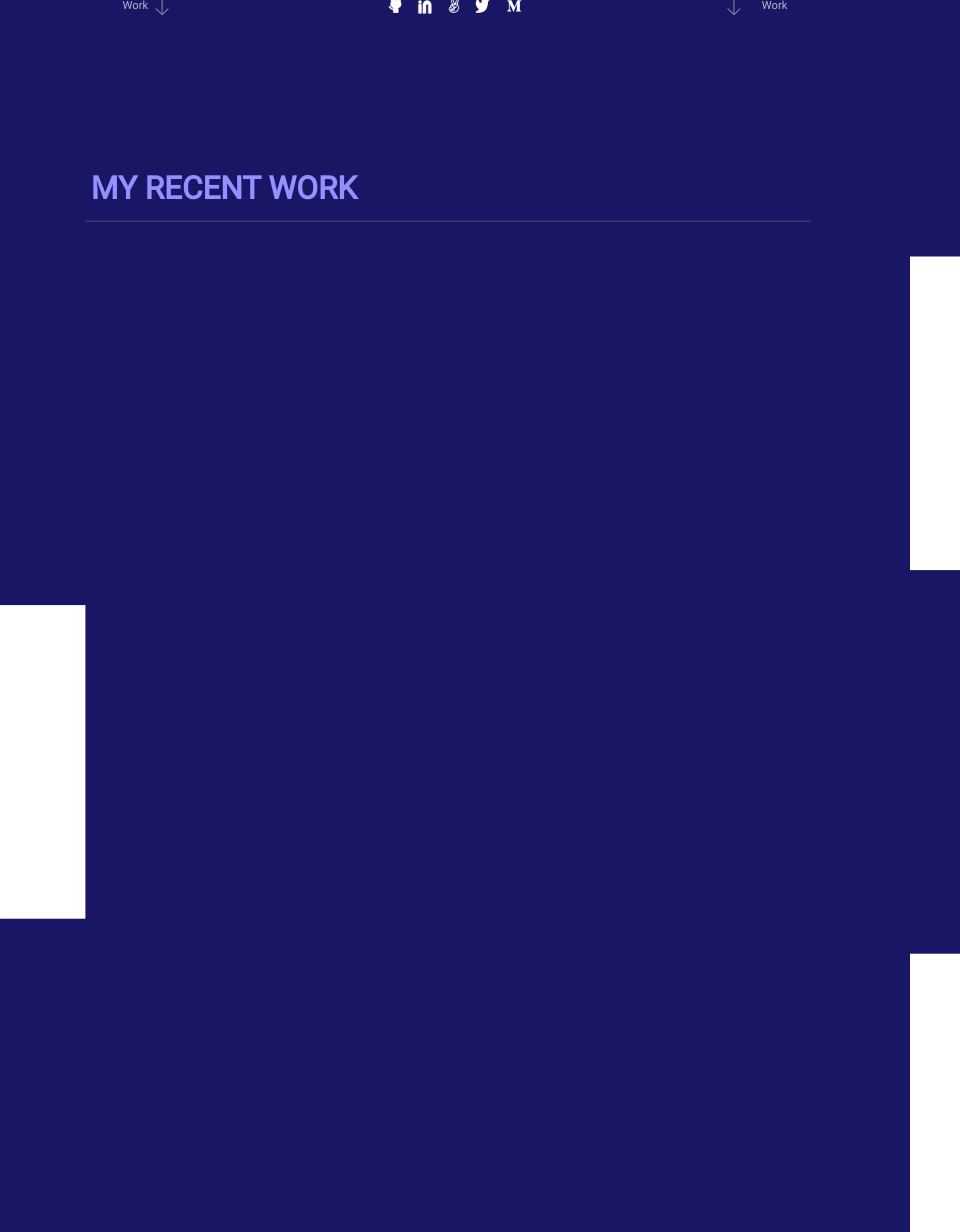
Repository: mustabbas/Portfolio
Page: index.html
These files come from the project's save history. The page is drawn as it stood at one moment and after the next save; the edit follows.
The browser window is 1280 px wide. The page is 1371 px wide, then 1280 px, so the pictures cover 1371 px, including what lies to the right of the window. The pictures show the part of the page from y = 848 to 2608 px (the page is 4830 px tall before and 4754 px after), at 70% of full size.

Above is the page before, as saved 2021-08-25 02:06:42.

### index.html
!DOCTYPE html>
<html lang="en">
  <head>
    <meta charset="UTF-8" />
    <meta name="viewport" content="width=device-width, initial-scale=1.0" />
    <meta http-equiv="X-UA-Compatible" content="ie=edge" />
    <link rel="stylesheet" href="style.css" />
    <title>Mustafa's Portfolio</title>
    <!-- Global site tag (gtag.js) - Google Analytics -->
    <script async src="https://www.googletagmanager.com/gtag/js?id=G-TS9HX0J7DB"></script>
    <script>
      window.dataLayer = window.dataLayer || [];
      function gtag() {
        dataLayer.push(arguments);
      }
      gtag("js", new Date());

      gtag("config", "G-TS9HX0J7DB");
    </script>
  </head>
  <body>
    <section class="container">
      <header class="header">
        <a href="#">Mustafa Abbas</a>
        <nav class="humberger">
          <img src="./assets/img/humberger.png" alt="hamburger" />
          <img src="./assets/img/humberger.png" alt="hamburger" />
          <img src="./assets/img/humberger.png" alt="hamburger" />
        </nav>
        <ul class="main-nav">
          <li><a href="#">Portoflio</a></li>
          <li><a href="#">About</a></li>
          <li><a href="#">Contact</a></li>
          <li>
            <a href="#"><img class="email-pic" src="./assets/img/Icon-Mail.png" alt="email" /></a>
          </li>
        </ul>
      </header>
      <div class="head-wraper">
        <div class="title-wraper">
          <h1>Mustafa Abbas</h1>
          <h2>Software Developer</h2>
        </div>
      </div>
      <div class="wrap-content">
        <div class="box"><p>I can help you build a product , feature or website Look through some of my work and experience! If you like what you see and have a project you need coded, don’t hestiate to contact me.</p></div>
        <div class="line"></div>
        <div class="skills">
          <ul>
            <li>Language</li>
            <li>Javascript</li>
            <li>Ruby</li>
            <li>Html</li>
            <li>Css</li>
          </ul>
          <ul>
            <li>Frameworks</li>
            <li>Ruby on Rails</li>
            <li>Bootstrap</li>
            <li>RSPec</li>
            <li>CapyBara</li>
          </ul>
          <ul>
            <li>Skills</li>
            <li>Codekit</li>
            <li>Github</li>
            <li>Codepen</li>
            <li>Gitlab</li>
          </ul>
        </div>
        <div class="line"></div>
      </div>
    </section>
    <div class="footer-nav ml justify-space">
      <div class="work-container work-reverse">
        <div class="arrow-container arrow-reverse">
          <img src="./assets/img/Vector-line-arrow.png" alt="Vector-line-arrow" />
          <img src="./assets/img/Vector-arrow.png" alt="Vector-arrow" />
        </div>
        <span>Work</span>
      </div>
      <div class="vector-container">
        <ul>
          <li><img src="./assets/img/Vector-github.png" alt="Vector-github" /></li>
          <li>
            <div class="linked-container">
              <div>
                <img src="./assets/img/Vector-dot-linkedin.png" alt="Vector-dot-linkedin" />
                <img src="./assets/img/Vector-line-linkedin.png" alt="Vector-line-linkedin" />
              </div>
              <img id="vector2" src="./assets/img/Vector-n-linkedin.png" alt="Vector-n-linkedin" />
            </div>
          </li>
          <li><img src="./assets/img/Vector.png" alt="Vecto-angellist" /></li>
          <li><img src="./assets/img/Vector-twitter.png" alt="Vector-twitter" /></li>
          <li><img src="./assets/img/Vector-M.png" alt="Vector-medium" /></li>
        </ul>
      </div>
      <div class="work-container">
        <div class="arrow-container">
          <img src="./assets/img/Vector-line-arrow.png" alt="Vector-line-arrow" />
          <img src="./assets/img/Vector-arrow.png" alt="Vector-arrow" />
        </div>
        <span>Work</span>
      </div>
    </div>

    <section class="recent-work">
      <h3>My recent work</h3>
      <div class="line"></div>
      <div class="card card-left">
        <img src="./assets/img/Placeholder.png" alt="recent-work" />
        <div class="card-body">
          <h4>Multi-Post Stories</h4>
          <p>A daily selection of privately personalized reads; no accounts or sign-ups required. has been the industry's standard dummy text ever since the 1500s, when an unknown printer took a standard dummy text.</p>
          <ul>
            <li>css</li>
            <li class="vertical-line"></li>
            <li>html</li>
            <li class="vertical-line"></li>
            <li>bootstrap</li>
            <li class="vertical-line"></li>
            <li>Ruby</li>
          </ul>
          <button type="button" class="button">See Project</button>
        </div>
      </div>
      <div class="card card-reverse">
        <img src="./assets/img/Placeholder.png" alt="recent-work" />
        <div class="card-body">
          <h4>Multi-Post Stories</h4>
          <p>A daily selection of privately personalized reads; no accounts or sign-ups required. has been the industry's standard dummy text ever since the 1500s, when an unknown printer took a standard dummy text.</p>
          <ul>
            <li>css</li>
            <li class="vertical-line"></li>
            <li>html</li>
            <li class="vertical-line"></li>
            <li>bootstrap</li>
            <li class="vertical-line"></li>
            <li>Ruby</li>
          </ul>
          <button type="button" class="button">See Project</button>
        </div>
      </div>
      <div class="card card-left">
        <img src="./assets/img/Placeholder.png" alt="recent-work" />
<<<<<<< HEAD
        <div class="card-body">
          <h4>Multi-Post Stories</h4>
          <p>A daily selection of privately personalized reads; no accounts or sign-ups required. has been the industry's standard dummy text ever since the 1500s, when an unknown printer took a standard dummy text.</p>
          <ul>
            <li>css</li>
            <li class="vertical-line"></li>
            <li>html</li>
            <li class="vertical-line"></li>
            <li>bootstrap</li>
            <li class="vertical-line"></li>
            <li>Ruby</li>
          </ul>
          <button type="button" class="button">See Project</button>
        </div>
      </div>
      <div class="card card-reverse">
        <img src="./assets/img/Placeholder.png" alt="recent-work" />
=======
>>>>>>> 632087dd622fc276d9805d4b4ea435697591e4b8
        <div class="card-body">
          <h4>Multi-Post Stories</h4>
          <p>A daily selection of privately personalized reads; no accounts or sign-ups required. has been the industry's standard dummy text ever since the 1500s, when an unknown printer took a standard dummy text.</p>
          <ul>
            <li>css</li>
            <li class="vertical-line"></li>
            <li>html</li>
            <li class="vertical-line"></li>
            <li>bootstrap</li>
            <li class="vertical-line"></li>
            <li>Ruby</li>
          </ul>
          <button type="button" class="button">See Project</button>
        </div>
      </div>
<<<<<<< HEAD
=======
      <div class="card card-reverse">
        <img src="./assets/img/Placeholder.png" alt="recent-work" />
        <div class="card-body">
          <h4>Multi-Post Stories</h4>
          <p>A daily selection of privately personalized reads; no accounts or sign-ups required. has been the industry's standard dummy text ever since the 1500s, when an unknown printer took a standard dummy text.</p>
          <ul>
            <li>css</li>
            <li class="vertical-line"></li>
            <li>html</li>
            <li class="vertical-line"></li>
            <li>bootstrap</li>
            <li class="vertical-line"></li>
            <li>Ruby</li>
          </ul>
          <button type="button" class="button">See Project</button>
        </div>
      </div>
>>>>>>> 632087dd622fc276d9805d4b4ea435697591e4b8
    </section>

    <div class="card-container">
      <div class="card">
        <div class="card-body center-text margin">
          <h3 class="h3-sm">CONTACT US</h3>
          <h3 class="h3-l">Let’s chat!</h3>
          <p id="contact-p">If you have an application you are interested in developing, a feature that you need built or a project that needs coding. I’d love to help with it</p>
          <form method="POST" action="https://formspree.io/f/xdoypzrq" id="aboutmeForm">
            <input type="text" name="name" placeholder="Text Input" maxlength="30" required />
            <input type="email" name="email" placeholder="jeremy@gmail.com" required />
<<<<<<< HEAD
        <h3 class="h3-sm">CONTACT US</h3>
        <h3 class="h3-l">Let’s chat!</h3>
        <p id="contact-p">If you have an application you are interested in developing, a feature that you need built or a project that needs coding. I’d love to help with it </p>
        <form method="POST" action="https://formspree.io/f/xdoypzrq" id="aboutmeForm">
            <input type="text" name="name" placeholder="Text Input" maxlength="30" required/>
            <input type="email" name="email" placeholder="jeremy@gmail.com" required/>
=======
>>>>>>> 632087dd622fc276d9805d4b4ea435697591e4b8
            <textarea name="description" rows="15" cols="48" placeholder="Enter text here" maxlength="500" required></textarea>
            <button type="submit" form="aboutmeForm" class="button btn">See Project</button>
          </form>
        </div>
        <footer class="footer-nav justify-center">
          <div class="vector-container">
            <ul>
              <li><img src="./assets/img/Vector-github.png" alt="Vector-github" /></li>
              <li>
                <div class="linked-container">
                  <div>
                    <img src="./assets/img/Vector-dot-linkedin.png" alt="Vector-dot-linkedin" />
                    <img src="./assets/img/Vector-line-linkedin.png" alt="Vector-line-linkedin" />
                  </div>
                  <img src="./assets/img/Vector-n-linkedin.png" alt="Vector-n-linkedin" />
                </div>
              </li>
              <li><img src="./assets/img/Vector.png" alt="Vector-angellist" /></li>
              <li><img src="./assets/img/Vector-twitter.png" alt="Vector-twitter" /></li>
              <li><img src="./assets/img/Vector-M.png" alt="Vector-medium" /></li>
            </ul>
          </div>
          <span>emailhere@email.com</span>
        </footer>
      </div>
    </div>
  </body>
</html>
<<<<<<< HEAD
    </div>
</body>
</html>
=======
>>>>>>> 632087dd622fc276d9805d4b4ea435697591e4b8

### style.css
@font-face {
  font-family: 'roboto';
  src: url(assets/font/Roboto/Roboto-Regular.ttf);
}

body {
  background-color: #191765;
  font-family: 'roboto', sans-serif;
}

ul {
  margin: 0;
  padding: 0;
  list-style: none;
}

h1 {
  color: #9390ff;
}

p,
h2,
td,
li,
a,
span {
  color: #b3bac5;
}

.container {
  display: flex;
  flex-direction: column;
  justify-content: center;
}

.header {
  display: flex;
  justify-content: space-around;
  align-items: center;
}

.header a {
  text-decoration: none;
}

.header h2 {
  font-size: 18px;
  line-height: 20px;
}

.main-nav {
  display: flex;
}

.main-nav a {
  display: block;
  padding: 1em;
  text-decoration: none;
  font-size: 15px;
  line-height: 20px;
}

.head-wraper {
  display: flex;
  justify-content: center;
  align-items: center;
  background-image: url("./assets/img/circle1header.svg");
  background-repeat: no-repeat;
}

.title-wraper {
  flex-direction: column;
  justify-content: center;
}

.box {
  min-width: 450px;
  margin: 50px;
}

.box p {
  font-size: 20px;
  font-weight: 300;
  text-align: center;
  color: #b3bac5;
  max-width: 450px;
}

.wrap-content {
  background-image: url("./assets/img/circle1header.svg");
  background-repeat: no-repeat;
}

.skills {
  display: flex;
  justify-content: space-between;
}

.skills ul {
  width: 40%;
  margin-top: 20px;
  margin-left: 40px;
}

.skills li {
  margin: 20px;
}

.skills ul li:first-child {
  color: #9390ff;
}

.email-pic {
  color: #b3bac5;
}

.footer-nav {
  display: flex;
  align-items: center;
  margin-top: 40px;
}

.work-container {
  display: flex;
  justify-content: space-around;
}

.work-reverse {
  flex-direction: row-reverse;
}

.arrow-reverse {
  margin-left: 10px;
}

.vector-container {
  width: 200px;
}

.vector-container ul {
  display: flex;
  justify-content: space-between;
  align-items: center;
}

.vector-container img {
  margin-left: 10px;
}

.arrow-container {
  display: flex;
  flex-direction: column;
  align-items: flex-start;
  margin-right: 10px;
}

.arrow-container img:first-child {
  margin-left: 9px;
}

.arrow-container img:last-child {
  margin-top: -8px;
}

.linked-container {
  display: flex;
}

.linked-container div {
  display: flex;
  flex-direction: column;
}

#vector2 {
  margin-left: auto;
}

.recent-work h3 {
  font-size: 45px;
  color: #9390ff;
  margin: 20px;
  text-transform: uppercase;
  margin-left: 150px;
}

.recent-work {
  margin-top: 200px;
  display: grid;
  grid-template-columns: auto;
  grid-template-rows: auto;
  justify-content: center;
}

.card {
  display: flex;
  margin-left: 142px;
  margin-top: 50px;
}

.card-container {
  display: grid;
  grid-template-columns: auto;
  grid-template-rows: auto;
  justify-content: center;
}

.card-container .card-body {
  width: auto;
}

.card-container .card {
  flex-direction: column;
}

.card-body h4 {
  font-size: 40px;
  color: #fff;
}

.card-body p {
  font-size: 20px;
  line-height: 28px;
  text-align: left;
  animation-name: card-p;
  animation-duration: 3s;
  animation-timing-function: linear;
  animation-direction: alternate;
}

@keyframes card-p {
  from {
    font-size: 10px;
    line-height: 10px;
  }

  to {
    font-size: 20px;
    line-height: 28px;
  }
}

.card-body ul {
  display: flex;
  justify-content: space-around;
  font-size: 15px;
  text-align: left;
}

.center-text {
  text-align: center;
}

#contact-p {
  font-size: 16px;
  line-height: 24px;
  text-align: center;
}

.vertical-line {
  height: 50px;
  border-right: 3px solid #646369;
}

.button {
  background-color: #7d73fc;
  width: 100px;
  height: 60px;
  color: #fff;
  font-size: 15px;
  margin-top: 20px;
}

.button:hover {
  box-shadow: 0 8px 16px rgba(125, 115, 252, 0.48);
}

.button:enabled {
  background-color: #7d73fc;
}

.button:focus {
  background-color: #5e42d7;
}

.button:disabled {
  background-color: #2a2b33;
}

input {
  width: 100%;
  height: 60px;
  padding: 12px 20px;
  margin: 8px 0;
  display: inline-block;
  border: 1px solid #ccc;
  border-radius: 4px;
  box-sizing: border-box;
  margin-bottom: 30px;
}

textarea {
  width: 100%;
}

textarea::placeholder {
  font-size: 20px;
  padding: 20px;
}

.btn {
  margin-top: 30px;
}

/* Desktop view */
@media (min-width: 600px) {
  .card {
    height: 448px;
  }

  .card-left {
    animation-name: leftcard;
    animation-duration: 3s;
    animation-timing-function: linear;
    animation-direction: alternate;
  }

  @keyframes leftcard {
    0% { margin-left: 100%; }
    25% { margin-left: 75%; }
    50% { margin-left: 50%; }
    75% { margin-left: 25%; }
    100% { margin-left: 142px; }
  }

  .card-body {
    margin-left: 24px;
    width: 40%;
  }

  .line {
    min-width: 450px;
    border-bottom: 1px solid #646369;
    margin-left: 142px;
    margin-right: 142px;
  }

  .card-reverse {
    flex-direction: row-reverse;
    animation-name: reversecard;
    animation-duration: 3s;
    animation-timing-function: linear;
    animation-direction: alternate;
    margin-right: 142px;
  }

  @keyframes reversecard {
    from {
      margin-right: 100%;
    }

    to {
      margin-right: 142px;
    }
  }

  .card-reverse img {
    margin-left: 20px;
  }

  .head-wraper {
    background-position: 70px -10px;
    background-size: 184px 184px;
  }

  .title-wraper h1 {
    font-size: 90px;
    line-height: 105px;
    font-weight: bold;
    margin: 24px 0;
    text-align: center;
  }

  .title-wraper h2 {
    font-size: 40px;
    line-height: 47px;
    margin-top: 0;
    text-align: center;
  }

  .wrap-content {
    display: flex;
    flex-direction: column;
    justify-content: center;
    align-items: center;
    background-position: 90% 50px;
  }

  .justify-space {
    justify-content: space-around;
  }

  .justify-center {
    justify-content: center;
  }

  .footer-nav span {
    margin-left: 20px;
  }

  .h3-l {
    font-size: 40px;
    line-height: 24px;
    color: #9390ff;
    margin: 20px;
  }

  .h3-sm {
    display: none;
  }

  .margin {
    margin-left: 200px;
    margin-right: 300px;
  }
}

/* mobile view */
@media (max-width: 500px) {
  .container {
    align-items: center;
    width: 500px;
  }

  .header {
    width: 500px;
    justify-content: space-around;
  }

  .header ul {
    display: none;
  }

  .main-nav {
    flex-direction: column;
  }

  .head-wraper {
    width: 500px;
    background-position: -160px -50px;
  }

  .head-wraper img {
    margin-left: -200px;
  }

  .right {
    margin-right: -100px;
  }

  .container img {
    margin-right: -500px;
  }

  .box {
    width: 33.333%;
  }

  .skills {
    flex-wrap: wrap;
    width: 500px;
    background-position: 400px 10px;
  }

  .humberger {
    display: flex;
    flex-direction: column;
    justify-content: space-between;
  }

  .humberger img {
    width: 33.33px;
    height: 3px;
    margin: 5px;
    background-color: #b3bac5;
  }

  .footer-nav {
    width: auto;
    flex-direction: column;
  }

  .footer-nav span {
    margin-top: 10px;
  }

  .ml {
    margin-left: 100px;
  }

  .upper {
    display: none !important;
  }

  .work-container {
    display: flex;
    margin-top: 30px;
  }

  .card {
    flex-direction: column;
    width: 400px;
  }

  .line {
    min-width: 450px;
    width: 33.333%;
    border-bottom: 1px solid #646369;
  }

  .wrap-content {
    background-position: 450px 150px;
  }

  .work-reverse {
    display: none;
  }

  .h3-sm {
    font-size: 32px;
    line-height: 44px;
    color: #9390ff;
    margin: 20px;
    text-transform: uppercase;
  }

  .h3-l {
    display: none;
  }
}

After the next save:
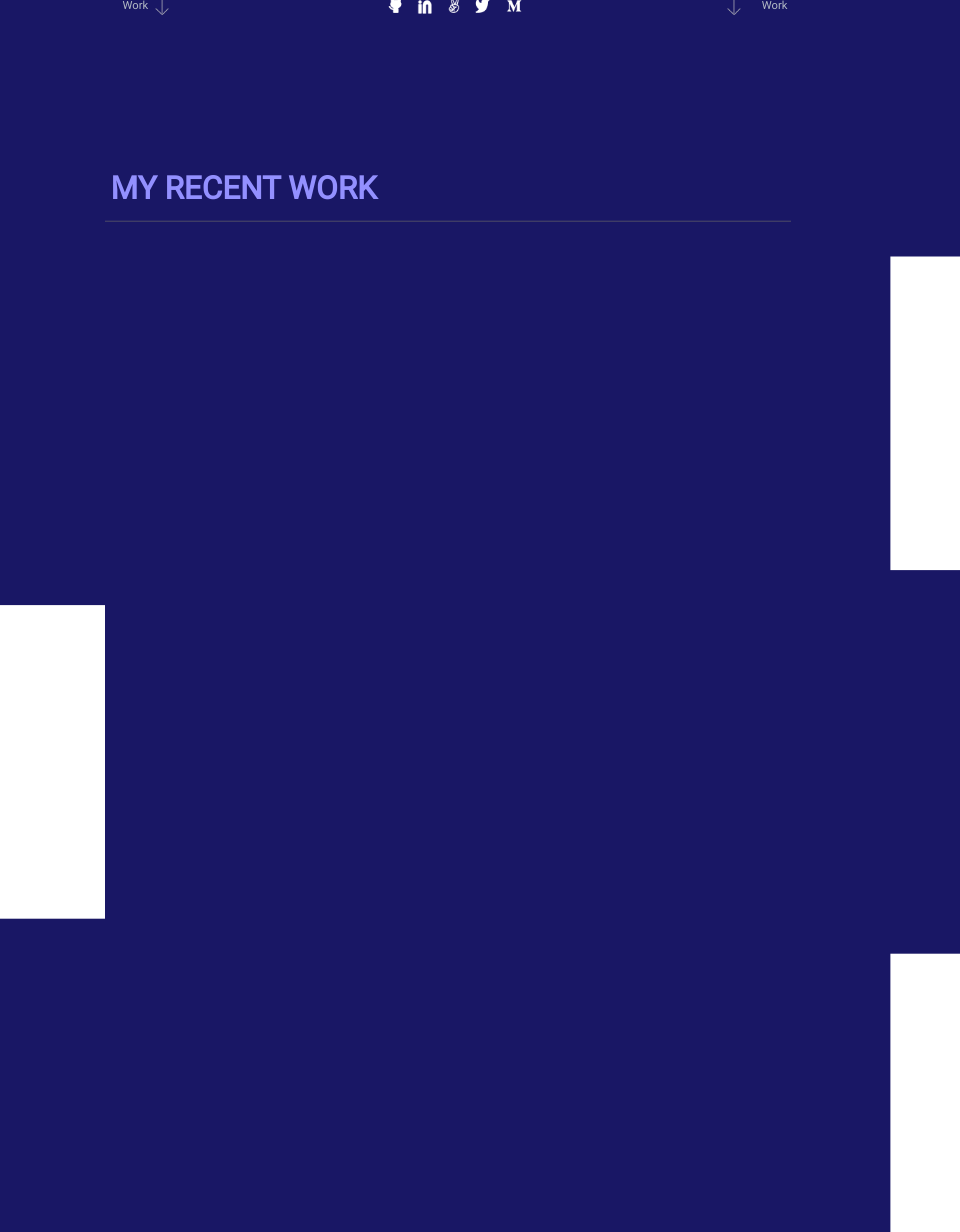
Saved 16 s later.
--- a/index.html
+++ b/index.html
@@ -144,7 +144,6 @@
       </div>
       <div class="card card-left">
         <img src="./assets/img/Placeholder.png" alt="recent-work" />
-<<<<<<< HEAD
         <div class="card-body">
           <h4>Multi-Post Stories</h4>
           <p>A daily selection of privately personalized reads; no accounts or sign-ups required. has been the industry's standard dummy text ever since the 1500s, when an unknown printer took a standard dummy text.</p>
@@ -162,25 +161,21 @@
       </div>
       <div class="card card-reverse">
         <img src="./assets/img/Placeholder.png" alt="recent-work" />
-=======
->>>>>>> 632087dd622fc276d9805d4b4ea435697591e4b8
-        <div class="card-body">
-          <h4>Multi-Post Stories</h4>
-          <p>A daily selection of privately personalized reads; no accounts or sign-ups required. has been the industry's standard dummy text ever since the 1500s, when an unknown printer took a standard dummy text.</p>
-          <ul>
-            <li>css</li>
-            <li class="vertical-line"></li>
-            <li>html</li>
-            <li class="vertical-line"></li>
-            <li>bootstrap</li>
-            <li class="vertical-line"></li>
-            <li>Ruby</li>
-          </ul>
-          <button type="button" class="button">See Project</button>
-        </div>
-      </div>
-<<<<<<< HEAD
-=======
+        <div class="card-body">
+          <h4>Multi-Post Stories</h4>
+          <p>A daily selection of privately personalized reads; no accounts or sign-ups required. has been the industry's standard dummy text ever since the 1500s, when an unknown printer took a standard dummy text.</p>
+          <ul>
+            <li>css</li>
+            <li class="vertical-line"></li>
+            <li>html</li>
+            <li class="vertical-line"></li>
+            <li>bootstrap</li>
+            <li class="vertical-line"></li>
+            <li>Ruby</li>
+          </ul>
+          <button type="button" class="button">See Project</button>
+        </div>
+      </div>
       <div class="card card-reverse">
         <img src="./assets/img/Placeholder.png" alt="recent-work" />
         <div class="card-body">
@@ -198,7 +193,6 @@
           <button type="button" class="button">See Project</button>
         </div>
       </div>
->>>>>>> 632087dd622fc276d9805d4b4ea435697591e4b8
     </section>
 
     <div class="card-container">
@@ -210,15 +204,12 @@
           <form method="POST" action="https://formspree.io/f/xdoypzrq" id="aboutmeForm">
             <input type="text" name="name" placeholder="Text Input" maxlength="30" required />
             <input type="email" name="email" placeholder="jeremy@gmail.com" required />
-<<<<<<< HEAD
         <h3 class="h3-sm">CONTACT US</h3>
         <h3 class="h3-l">Let’s chat!</h3>
         <p id="contact-p">If you have an application you are interested in developing, a feature that you need built or a project that needs coding. I’d love to help with it </p>
         <form method="POST" action="https://formspree.io/f/xdoypzrq" id="aboutmeForm">
             <input type="text" name="name" placeholder="Text Input" maxlength="30" required/>
             <input type="email" name="email" placeholder="jeremy@gmail.com" required/>
-=======
->>>>>>> 632087dd622fc276d9805d4b4ea435697591e4b8
             <textarea name="description" rows="15" cols="48" placeholder="Enter text here" maxlength="500" required></textarea>
             <button type="submit" form="aboutmeForm" class="button btn">See Project</button>
           </form>
@@ -247,9 +238,6 @@
     </div>
   </body>
 </html>
-<<<<<<< HEAD
     </div>
 </body>
 </html>
-=======
->>>>>>> 632087dd622fc276d9805d4b4ea435697591e4b8
